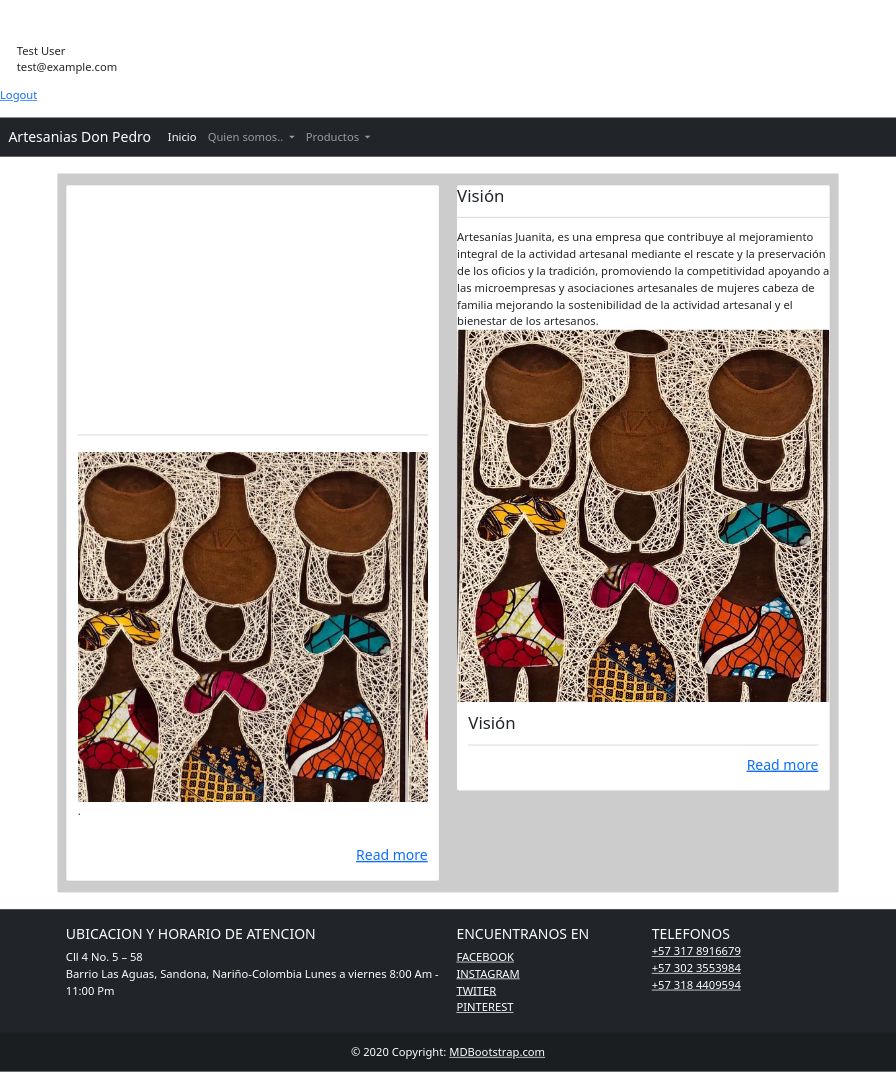
Repository: PG210/taller_artesania
Page: http://localhost/arte/mision
An editor plug-in stored every save of this project. The page is shown before and after the next save, followed by the edit.
The browser window is 1280 px wide. The pictures show the part of the page from y = 2667 to 4587 px (the page is 4198 px tall before and 4587 px after), at 70% of full size.
Pictures or frames that could not be fetched are drawn as grey boxes. The page is served by the project's Laravel application, run on PHP 8.4 with Laravel 8. A made-up administrator, Test User (test@example.com), is signed in. Other server files are loaded and not shown.

Above is the page before, as saved 2021-01-14 15:41:34.

### routes/web.php
<?php

use Illuminate\Support\Facades\Route;
use App\Http\Controllers\Productos;

/*
|--------------------------------------------------------------------------
| Web Routes
|--------------------------------------------------------------------------
|
| Here is where you can register web routes for your application. These
| routes are loaded by the RouteServiceProvider within a group which
| contains the "web" middleware group. Now create something great!
|
*/

Route::get('/', function () {
    return view('welcome');
});
//ruta mision vision
Route::get('arte/vision', function () {
    return view('arte.vision');
});
//histortia
Route::get('arte/historia', function () {
    return view('arte.historia');
});
Route::get('arte/mision', function () {
    return view('arte.mision');
});

//ubicacion
Route::get('arte/ubicacion', function () {
    return view('arte.ubicacion');
});
//productos
Route::get('/productos', [Productos::class, 'index']);

Route::get('/dashboard', function () {
    return view('dashboard');
})->middleware(['auth'])->name('dashboard');

require __DIR__.'/auth.php';

### resources/views/arte/mision.blade.php
<body>

    @extends('layouts.app') @section('content')




    <div class="container">

        <div class="row">

            <!--tarjeta 1 mision hotel-->
            <div class="col-lg-6" style="background-color:#ccc">

                <p>
                    <!-- Card Dark -->
                    <div class="card">

                        <!-- Card image -->
                        <div class="container">
                            <br>
                            <div class="view overlay ">
                                <video loop="true " muted autoplay width="530 " height="300 ">
                    <source src='{{url("/img/video.mp4")}}' type="video/mp4 " alt="Card image cap ">
                <a>
                    <div class="mask " style=" background-color: rgba(230, 179, 179, 0.5) "></div>
                </a>
            </div>
            </div>

          <!-- Card content -->
          <div class="card-body elegant-color white-text rounded-bottom">

            <!-- Social shares button -->

            <!-- Title -->

            <hr class="hr-light">

            <p class="card-text white-text mb-4">

                <div id="carouselExampleSlidesOnly" class="carousel slide" data-bs-ride="carousel">
                    <div class="carousel-inner">
                      <div class="carousel-item active">
                        <img class="card-img-top" src="../img/4.jpg"
                        alt="Card image cap">
                      </div>
                      <div class="carousel-item">
                        <img class="card-img-top" src="../img/4.jpg"
                        alt="Card image cap">
                      </div>
                      <div class="carousel-item">
                        <img class="card-img-top" src="../img/4.jpg"
                        alt="Card image cap">
                      </div>
                    </div>
                  </div>



                 .</p>
                 <br>
            <!-- Link -->
            <a href="#!" class="white-text d-flex justify-content-end">
              <h5>Read more <i class="fas fa-angle-double-right"></i></h5>
            </a>

          </div>

        </div>
        <!-- Card Dark --></p>
  </div>



  <!--tarjeta dos vision-->
  <div class="col-lg-6"  style="background-color:#ccc">

    <p><!-- Card Dark -->
        <div class="card">

          <!-- Card image -->
          <div class="view overlay">
           <h4 class="card-title">Visión</h4>
            <hr class="hr-light">
          Artesanías Juanita, es una empresa que contribuye al mejoramiento integral de la actividad artesanal mediante el rescate y la preservación de los oficios y la tradición, promoviendo la competitividad apoyando a las microempresas y asociaciones artesanales de mujeres cabeza de familia mejorando la sostenibilidad de la actividad artesanal y el bienestar de los artesanos.
            <img class="card-img-top" src="../img/4.jpg"
              alt="Card image cap">
            <a>
              <div class="mask rgba-white-slight"></div>
            </a>
          </div>

          <!-- Card content -->
          <div class="card-body elegant-color white-text rounded-bottom">

            <!-- Social shares button -->

            <!-- Title -->
            <h4 class="card-title">Visión</h4>
            <hr class="hr-light">
            <!-- Text -->

            <!-- Link -->
            <a href="#!" class="white-text d-flex justify-content-end">
              <h5>Read more <i class="fas fa-angle-double-right"></i></h5>
            </a>

          </div>

        </div>
        <!-- Card Dark --></p>
  </div>
</div>
</div>




</div>
@stop

</body>

### resources/views/layouts/app.blade.php
<!DOCTYPE html>
<html lang="{{ str_replace('_', '-', app()->getLocale()) }}">
    <head>
        <meta charset="utf-8">
        <meta name="viewport" content="width=device-width, initial-scale=1">
        <meta name="csrf-token" content="{{ csrf_token() }}">

        <title>{{ config('app.name', 'Laravel') }}</title>

        <!-- Fonts -->
        <link rel="stylesheet" href="https://fonts.googleapis.com/css2?family=Nunito:wght@400;600;700&display=swap">
        <link href="{{ url('/assets/bootstrap/css/bootstrap.min.css') }}" rel="stylesheet">
        <!-- Styles -->
        <link rel="stylesheet" href="{{ asset('css/app.css') }}">

        <!-- Scripts -->
        <script src="{{ asset('js/app.js') }}" defer></script>


    </head>

    <body class="font-sans antialiased">
        <div class="min-h-screen bg-gray-100">
            @include('layouts.navigation')

            <nav class="navbar navbar-expand-lg navbar navbar-dark bg-dark">
  <div class="container-fluid">
    <a class="navbar-brand" href="#">Artesanias Don Pedro</a>
    <button class="navbar-toggler" type="button" data-bs-toggle="collapse" data-bs-target="#navbarNavDropdown" aria-controls="navbarNavDropdown" aria-expanded="false" aria-label="Toggle navigation">
      <span class="navbar-toggler-icon"></span>
    </button>
    <div class="collapse navbar-collapse" id="navbarNavDropdown">
      <ul class="navbar-nav">
        <li class="nav-item">
          <a class="nav-link active" aria-current="page" href="#">Inicio</a>
        </li>


        <li class="nav-item dropdown">
          <a class="nav-link dropdown-toggle" href="#" id="navbarDropdownMenuLink" role="button" data-bs-toggle="dropdown" aria-expanded="false">
            Quien somos..
          </a>
          <ul class="dropdown-menu" aria-labelledby="navbarDropdownMenuLink">
            <li><a class="dropdown-item" href="{{url('/arte/mision')}}">Mision</a></li>
            <li><a class="dropdown-item" href="{{url('/arte/vision')}}">Vision</a></li>
            <li><a class="dropdown-item" href="{{url('/arte/ubicacion')}}">Ubicacion</a></li>
            <li><a class="dropdown-item" href="{{url('/arte/historia')}}">Historia</a></li>
          </ul>
        </li>

        <li class="nav-item dropdown">
          <a class="nav-link dropdown-toggle" href="#" id="navbarDropdownMenuLink" role="button" data-bs-toggle="dropdown" aria-expanded="false">
            Productos
          </a>
          <ul class="dropdown-menu" aria-labelledby="navbarDropdownMenuLink">
            <li><a class="dropdown-item" href="{{url('/productos')}}">Sombreros</a></li>
            <li><a class="dropdown-item" href="#">Mochilas</a></li>
            <li><a class="dropdown-item" href="#">Tejidos</a></li>
            <li><a class="dropdown-item" href="#">Visuterias</a></li>
            <li><a class="dropdown-item" href="#">Ofertas</a></li>
          </ul>
        </li>
      </ul>
    </div>
  </div>
</nav>
<br>
            <!-- Page Heading -->
            <div class="container">
           @yield('content')
           </div>
        </div>
<!--footer-->
<br>
        <footer class="bg-dark text-white text-center text-lg-start">
  <!-- Grid container -->
  <div class="container p-4">
    <!--Grid row-->
    <div class="row">
      <!--Grid column-->
      <div class="col-lg-6 col-md-12 mb-4 mb-md-0">
        <h5 class="text-uppercase">Ubicacion y Horario de Atencion</h5>

        <p>
        <bFooterr>
        Cll 4 No. 5 – 58<br>
        Barrio Las Aguas, Sandona, Nariño-Colombia
        Lunes a viernes 8:00 Am - 11:00 Pm
        </p>
      </div>
      <!--Grid column-->

      <!--Grid column-->
      <div class="col-lg-3 col-md-6 mb-4 mb-md-0">
        <h5 class="text-uppercase">Encuentranos en</h5>

        <ul class="list-unstyled mb-0">
          <li>
            <a href="#!" class="text-white">FACEBOOK</a>
          </li>
          <li>
            <a href="#!" class="text-white">INSTAGRAM</a>
          </li>
          <li>
            <a href="#!" class="text-white">TWITER</a>
          </li>
          <li>
            <a href="#!" class="text-white">PINTEREST</a>
          </li>
        </ul>
      </div>
      <!--Grid column-->

      <!--Grid column-->
      <div class="col-lg-3 col-md-6 mb-4 mb-md-0">
        <h5 class="text-uppercase mb-0">TELEFONOS</h5>

        <ul class="list-unstyled">
          <li>
            <a href="#!" class="text-white">+57 317 8916679</a>
          </li>
          <li>
            <a href="#!" class="text-white">+57 302 3553984</a>
          </li>
          <li>
            <a href="#!" class="text-white">+57 318 4409594</a>
          </li>

        </ul>
      </div>
      <!--Grid column-->
    </div>
    <!--Grid row-->
  </div>
  <!-- Grid container -->

  <!-- Copyright -->
  <div class="text-center p-3" style="background-color: rgba(0, 0, 0, 0.2)">
    © 2020 Copyright:
    <a class="text-white" href="https://mdbootstrap.com/">MDBootstrap.com</a>
  </div>
  <!-- Copyright -->
</footer>
<!--end footer-->



        <script src="https://code.jquery.com/jquery-3.5.1.slim.min.js" integrity="sha384-DfXdz2htPH0lsSSs5nCTpuj/zy4C+OGpamoFVy38MVBnE+IbbVYUew+OrCXaRkfj" crossorigin="anonymous"></script>
        <script src="https://cdn.jsdelivr.net/npm/popper.js@1.16.1/dist/umd/popper.min.js" integrity="sha384-9/reFTGAW83EW2RDu2S0VKaIzap3H66lZH81PoYlFhbGU+6BZp6G7niu735Sk7lN" crossorigin="anonymous"></script>
       <script type="text/javascript" src="{{ url('/assets/bootstrap/js/bootstrap.min.js') }}"></script>
    </body>
</html>

### resources/views/layouts/navigation.blade.php
<nav x-data="{ open: false }" class="bg-white border-b border-gray-100">
    <!-- Primary Navigation Menu -->
    <!--aqui cambiar-->
    <div class=" navbar-dark bg-indigo">
        <div class="flex justify-between h-16">
            <div class="flex">
                <!-- Logo -->
                <div class="flex-shrink-0 flex items-center">
                    <a href="{{ route('dashboard') }}">
                        <x-application-logo class="block h-10 w-auto fill-current text-gray-600" />
                    </a>
                </div>

                <!-- Navigation Links -->
                <div class="hidden space-x-8 sm:-my-px sm:ml-10 sm:flex">
                    <x-nav-link :href="route('dashboard')" :active="request()->routeIs('dashboard')">
                        {{ __('Bienvenidos! Tienda Virtual') }}
                    </x-nav-link>
                </div>
            </div>

            <!-- Settings Dropdown -->
            <div class="hidden sm:flex sm:items-center sm:ml-6">
                <x-dropdown align="right" width="48">
                    <x-slot name="trigger">
                        <button class="flex items-center text-sm font-medium text-gray-500 hover:text-gray-700 hover:border-gray-300 focus:outline-none focus:text-gray-700 focus:border-gray-300 transition duration-150 ease-in-out">
                            <div>{{ Auth::user()->name }}</div>

                            <div class="ml-1">
                                <svg class="fill-current h-4 w-4" xmlns="http://www.w3.org/2000/svg" viewBox="0 0 20 20">
                                    <path fill-rule="evenodd" d="M5.293 7.293a1 1 0 011.414 0L10 10.586l3.293-3.293a1 1 0 111.414 1.414l-4 4a1 1 0 01-1.414 0l-4-4a1 1 0 010-1.414z" clip-rule="evenodd" />
                                </svg>
                            </div>
                        </button>
                    </x-slot>

                    <x-slot name="content">
                        <!-- Authentication -->
                        <form method="POST" action="{{ route('logout') }}">
                            @csrf

                            <x-dropdown-link :href="route('logout')"
                                    onclick="event.preventDefault();
                                                this.closest('form').submit();">
                                {{ __('Logout') }}
                            </x-dropdown-link>
                        </form>
                    </x-slot>
                </x-dropdown>
            </div>

            <!-- Hamburger -->
            <div class="-mr-2 flex items-center sm:hidden">
                <button @click="open = ! open" class="inline-flex items-center justify-center p-2 rounded-md text-gray-400 hover:text-gray-500 hover:bg-gray-100 focus:outline-none focus:bg-gray-100 focus:text-gray-500 transition duration-150 ease-in-out">
                    <svg class="h-6 w-6" stroke="currentColor" fill="none" viewBox="0 0 24 24">
                        <path :class="{'hidden': open, 'inline-flex': ! open }" class="inline-flex" stroke-linecap="round" stroke-linejoin="round" stroke-width="2" d="M4 6h16M4 12h16M4 18h16" />
                        <path :class="{'hidden': ! open, 'inline-flex': open }" class="hidden" stroke-linecap="round" stroke-linejoin="round" stroke-width="2" d="M6 18L18 6M6 6l12 12" />
                    </svg>
                </button>
            </div>
        </div>
    </div>

    <!-- Responsive Navigation Menu -->
    <div :class="{'block': open, 'hidden': ! open}" class="hidden sm:hidden">
        <div class="pt-2 pb-3 space-y-1">
            <x-responsive-nav-link :href="route('dashboard')" :active="request()->routeIs('dashboard')">
                {{ __('Dashboard') }}
            </x-responsive-nav-link>
        </div>

        <!-- Responsive Settings Options -->
        <div class="pt-4 pb-1 border-t border-gray-200">
            <div class="flex items-center px-4">
                <div class="flex-shrink-0">
                    <svg class="h-10 w-10 fill-current text-gray-400" xmlns="http://www.w3.org/2000/svg" fill="none" viewBox="0 0 24 24" stroke="currentColor">
                        <path stroke-linecap="round" stroke-linejoin="round" stroke-width="2" d="M16 7a4 4 0 11-8 0 4 4 0 018 0zM12 14a7 7 0 00-7 7h14a7 7 0 00-7-7z" />
                    </svg>
                </div>

                <div class="ml-3">
                    <div class="font-medium text-base text-gray-800">{{ Auth::user()->name }}</div>
                    <div class="font-medium text-sm text-gray-500">{{ Auth::user()->email }}</div>
                </div>
            </div>

            <div class="mt-3 space-y-1">
                <!-- Authentication -->
                <form method="POST" action="{{ route('logout') }}">
                    @csrf

                    <x-responsive-nav-link :href="route('logout')"
                            onclick="event.preventDefault();
                                        this.closest('form').submit();">
                        {{ __('Logout') }}
                    </x-responsive-nav-link>
                </form>
            </div>
        </div>
    </div>
</nav>

Loaded but not shown: routes/auth.php (common file); app/Models/User.php (common file); resources/views/components/application-logo.blade.php (common file); resources/views/components/nav-link.blade.php (common file); resources/views/components/dropdown-link.blade.php (common file); resources/views/components/dropdown.blade.php (common file); resources/views/components/responsive-nav-link.blade.php (common file); public/assets/bootstrap/css/bootstrap.min.css (library); public/assets/bootstrap/js/bootstrap.min.js (library); public/js/app.js (library)

After the next save:
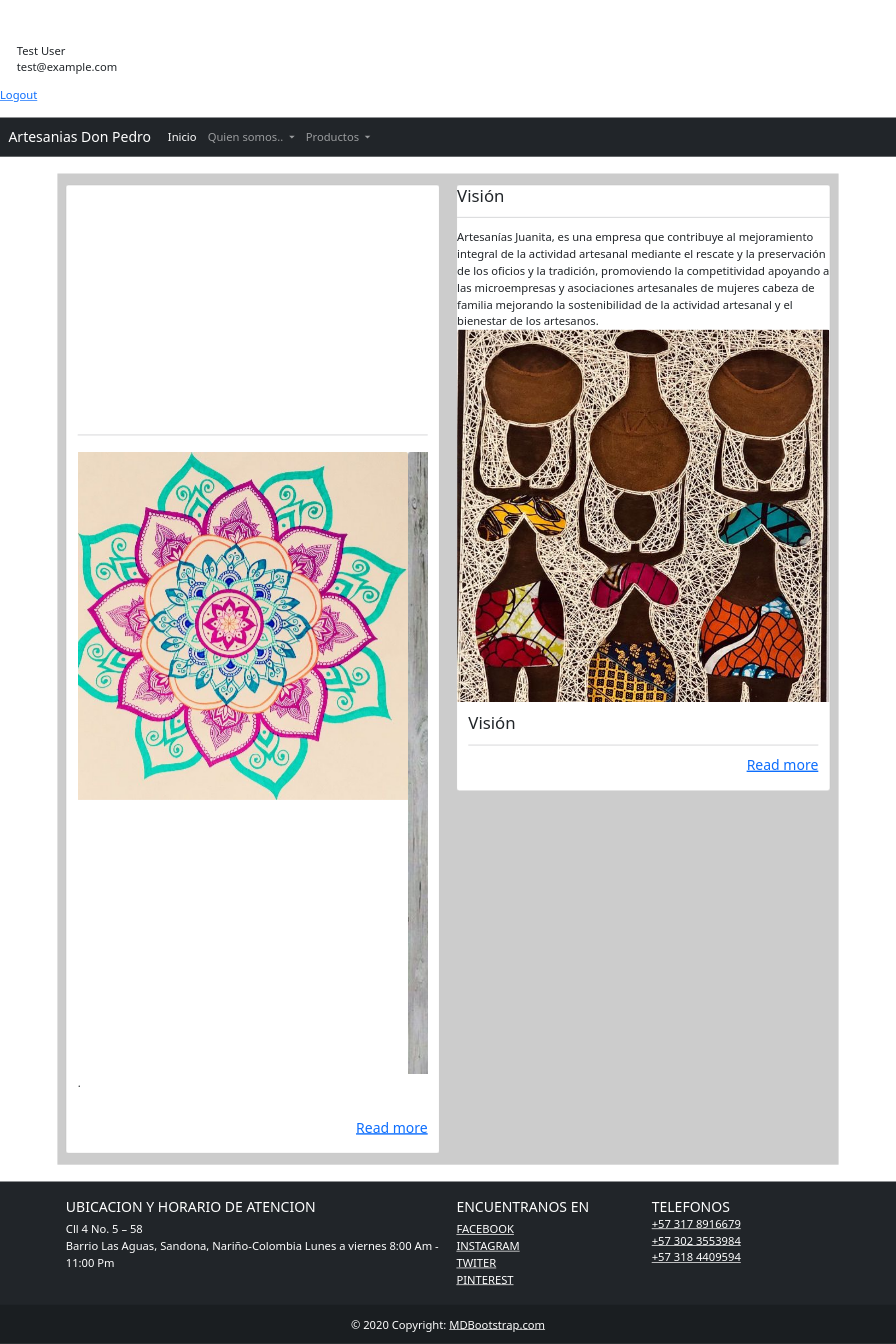
Saved 100 s later.
--- a/resources/views/arte/mision.blade.php
+++ b/resources/views/arte/mision.blade.php
@@ -42,11 +42,11 @@
                 <div id="carouselExampleSlidesOnly" class="carousel slide" data-bs-ride="carousel">
                     <div class="carousel-inner">
                       <div class="carousel-item active">
-                        <img class="card-img-top" src="../img/4.jpg"
+                        <img class="card-img-top" src="../img/2.jpg"
                         alt="Card image cap">
                       </div>
                       <div class="carousel-item">
-                        <img class="card-img-top" src="../img/4.jpg"
+                        <img class="card-img-top" src="../img/3.jpg"
                         alt="Card image cap">
                       </div>
                       <div class="carousel-item">
